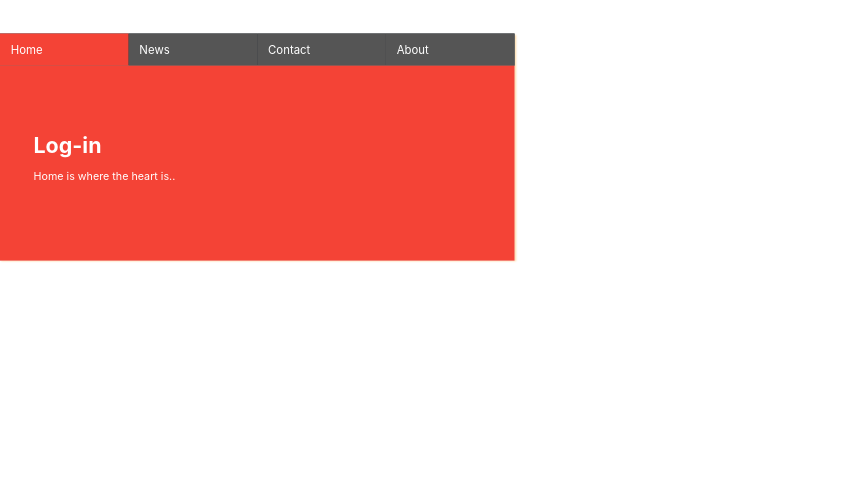
Repository: JasonMorta/basicPlus-rouets
Page: /
The author's editor kept a copy of each file at every save. The page is drawn from the files as they stood at one save, then again after the next save.
The browser window is 1280 px wide. The pictures show the whole page, at 67% of full size.
Some web fonts or font styles are not loaded; a fallback is used. The project was rebuilt for these pictures with package versions that can differ from the ones it lists, and the page was loaded fresh each time. Also part of the build but not shown: src/pages/About.jsx, src/pages/Hooks/UseRefHook.jsx, src/pages/Contact.jsx, src/pages/List.jsx.

Above is the page before, as saved 2023-03-31 13:07:20.

### src/index.js
import React from 'react';
import ReactDOM from 'react-dom/client';
import './index.css';
import App from './App';
// import { BrowserRouter } from 'react-router-dom'
import reportWebVitals from './reportWebVitals';

const root = ReactDOM.createRoot(document.getElementById('root'));
root.render(

  <React.StrictMode>
    <App />
  </React.StrictMode>

);

// If you want to start measuring performance in your app, pass a function
// to log results (for example: reportWebVitals(console.log))
// or send to an analytics endpoint. Learn more: https://bit.ly/CRA-vitals
reportWebVitals();

### src/App.jsx

import './App.css';
import { BrowserRouter, Routes, Route } from 'react-router-dom';
import React, { Component, createContext, useState } from 'react'
import Nav from './components/Nav';
import Home from './pages/Home';
import News from './pages/News';
import About from './pages/About';
import Contact from './pages/Contact';
import List from './pages/List';

//create context hook
//This hook allow any nested children to share and alter data with the use of props.
export const StateContext = createContext()

export default function App() {

  const [state, setState] = useState("#f44336");

  return (
    <BrowserRouter>
      <StateContext.Provider value={[state, setState]} className="App">
        <div className="routes">
          <Nav />
          <Routes>
            <Route index path="/" element={<Home />} />
            <Route path="/List" element={<List />} />
            <Route path="/Contact" element={<Contact />} />
            <Route path="/About" element={<About />} />
            <Route path="/news" element={<News />} />
          </Routes>
        </div>
        <div className="orig-link"></div>
      </StateContext.Provider>
    </BrowserRouter>
  );
}

### src/App.css
@import url('https://fonts.googleapis.com/css2?family=Assistant:wght@400;500&family=Barlow:wght@400;500&family=DM+Mono:wght@300;400;500&family=Handlee&family=IBM+Plex+Mono:wght@400;500&family=Inconsolata:wght@400;500&family=Kanit:wght@200;300;400;500&family=Karla:wght@300;400;500&family=Patrick+Hand&family=Raleway:wght@300;400;500&family=Red+Hat+Mono:wght@300;400;500&family=Roboto+Condensed:wght@300;400;700&family=Roboto+Mono:wght@300;400;500&family=Roboto+Slab:wght@300;400;500&family=Roboto:wght@300;400&family=Source+Code+Pro:wght@300;400;500&family=Space+Mono:wght@400;700&family=Titillium+Web:wght@200;300;400;600&family=Ubuntu+Mono:wght@400;700&family=Varela&family=Varela+Round&display=swap');

/*
Custom Fonts
========
font-family: 'Assistant', sans-serif;
font-family: 'Barlow', sans-serif;
font-family: 'DM Mono', monospace;
font-family: 'Handlee', cursive;
font-family: 'IBM Plex Mono', monospace;
font-family: 'Inconsolata', monospace;
font-family: 'Kanit', sans-serif;
font-family: 'Karla', sans-serif;
font-family: 'Patrick Hand', cursive;
font-family: 'Raleway', sans-serif;
font-family: 'Red Hat Mono', monospace;
font-family: 'Roboto', sans-serif;
font-family: 'Roboto Condensed', sans-serif;
font-family: 'Roboto Mono', monospace;
font-family: 'Roboto Slab', serif;
font-family: 'Source Code Pro', monospace;
font-family: 'Space Mono', monospace;
font-family: 'Titillium Web', sans-serif;
font-family: 'Ubuntu Mono', monospace;
font-family: 'Varela', sans-serif;
font-family: 'Varela Round', sans-serif;

*/

.App {
  text-align: center;
  background-color: #282c34;
  min-height: 100vh;
  display: flex;
  flex-direction: column;
  flex-wrap: nowrap;
  align-items: center;
  font-family: 'Roboto Condensed', sans-serif;

}

.orig-link a {
  text-decoration: none;
  color: #ff9800;
}
.orig-link {
  margin: 1.25rem;
}


.App-header {
  background-color: #282c34;
  min-width: 18.75rem;
  display: flex;

  flex-direction: row;
  justify-content: center;
  font-size: calc(0.625rem + 2vmin);
  color: white;
  align-items: flex-start;
  width: 100%;
}


/* Style tab links */
.tablink {
  background-color: #555;
  color: #ffc107;
  float: left;
  border: none;
  outline: none;
  cursor: pointer;
  padding: 0.875rem 1rem;
  font-size: 1.0625rem;
  width: 25%;
  text-decoration: none;
}

.tablink:hover {
  background-color: #777;
}

/* Style the tab content (and add height:100% for full page content) */
.tabcontent {
  color: white;
  padding: 6.25rem 0rem;
  width: 100%;
  height: 100%;
  min-width: 18.75rem;

}

.inner-content {
  padding: 0rem 3.125rem;
  display: flex;

  flex-direction: column;
  align-items: flex-start;
}

.inner-content h3{
  font-size: xx-large;
  margin: 0;
}

.routes{
  display: flex;
  flex-direction: column;
  align-items: center;
  width: 60vw;
  background-color: azure;
  margin-top: 3.125rem;
  box-shadow: 0.125rem 0.125rem 0.1875rem 0rem #ff980066;
}

### src/components/Nav.jsx
import React from "react";
import { Link, useLocation } from "react-router-dom";

export default function Nav() {
  const location = useLocation();


   //set the default state color to red which is equal to home page color.
  const [state, setState] = React.useState({
    home: "#f44336",
    news: "#4caf50",
    contact: "#2196f3",
    about: "#ff5722",
    active: "",
    location : window.location.pathname
  });
  const [color, setColor] = React.useState("white")


  function handleNavToNews(params) {


    setState(prev => ({...prev, active:"#4caf50", location: "/News" }))
  console.log('location.pathname ', location.pathname  === "/News")
  console.log('location', location)

if (location.pathname  === "/News") {
  window.scrollTo({
    top: document.getElementById("my-image").offsetTop,
    behavior: "smooth"
  });
}
  }

 // Set the tab color to even when a nested link pathname is entered
  return (
    <header className="App-header">
      {/* Home will be the default/home page */}
      <Link
        to="/"
        className="tablink"
        onClick={() => setState(prev => ({...prev, active:"#f44336", location: "/" }))}
        style={{
          backgroundColor: state.location === "/" ? "#f44336" : "",
          color: state.home === "#f44336" ? color: "#ffc107"}}>
        Home
      </Link>

      <Link
        to="/News"
        className="tablink"
        onClick={handleNavToNews}
        style={{
          backgroundColor: state.location === "/News" ? "#4caf50" : "",
          color: state.news === "#4caf50" ? color: "#ffc107" }}>
        News
      </Link>

      <Link
        to="/Contact"
        className="tablink"
        onClick={() => setState(prev => ({...prev, active:"#2196f3", location: "/Contact" }))}
        style={{
          backgroundColor: state.location === "/Contact" ? "#2196f3" : "",
          color: state.contact === "#2196f3" ? color: "#ffc107" }}>
        Contact
      </Link>

      <Link
        to="/About"
        className="tablink"
        onClick={() => setState(prev => ({...prev, active:"#ff5722", location: "/About" }))}
        style={{
          backgroundColor: state.location === "/About" ? "#ff5722": "",
          color: state.about === "#ff5722" ? color: "#ffc107" }}>
        About
      </Link>
    </header>
  );
}

### src/pages/Home.jsx
import React from "react";

export default function Home() {
  return (
    <div style={{ backgroundColor: "#f44336" }}  className="tabcontent">
      <div className="inner-content">
         <h3>Log-in</h3>
         <p>Home is where the heart is..</p>
      </div>
    </div>
  );
}

### src/pages/News.jsx
import React from "react";
import './news.css';
import pic from "../static/images/up.png"
import { useRef } from "react";

export default function News() {

  const scrollDown = useRef();

  console.log(scrollDown)

  const goToTop = () => {
    window.scrollTo({
        top: 0,
        behavior: 'smooth',
    });
};

function toBottom(){
  window.scrollTo({
    top: scrollDown.current.offsetTop,//offsetTop:2199px down(the location)
    behavior: 'smooth',
  });
}

  return (
    <div style={{ backgroundColor: "#4caf50" }} className="tabcontent">
      <div className="inner-content">

        <h3>NEWS</h3>

        <p>Some news this fine day!</p>

        <h3 onClick={toBottom} style={{cursor: "pointer"}}>Scroll to bottom h3</h3>

        <div className="spacer">
          <h3 className="bottom" ref={scrollDown} >BOTTOM H3</h3>
          <img src={pic} onClick={goToTop} alt="to top button" id="my-image" style={{cursor: "pointer"}} />
        </div>

      </div>
    </div>
  );
}

### src/pages/news.css
.spacer{
 margin-top: 200vh;
}

Loaded but not shown: public/index.html (common file); src/index.css (common file); src/reportWebVitals.js (common file)

After the next save:
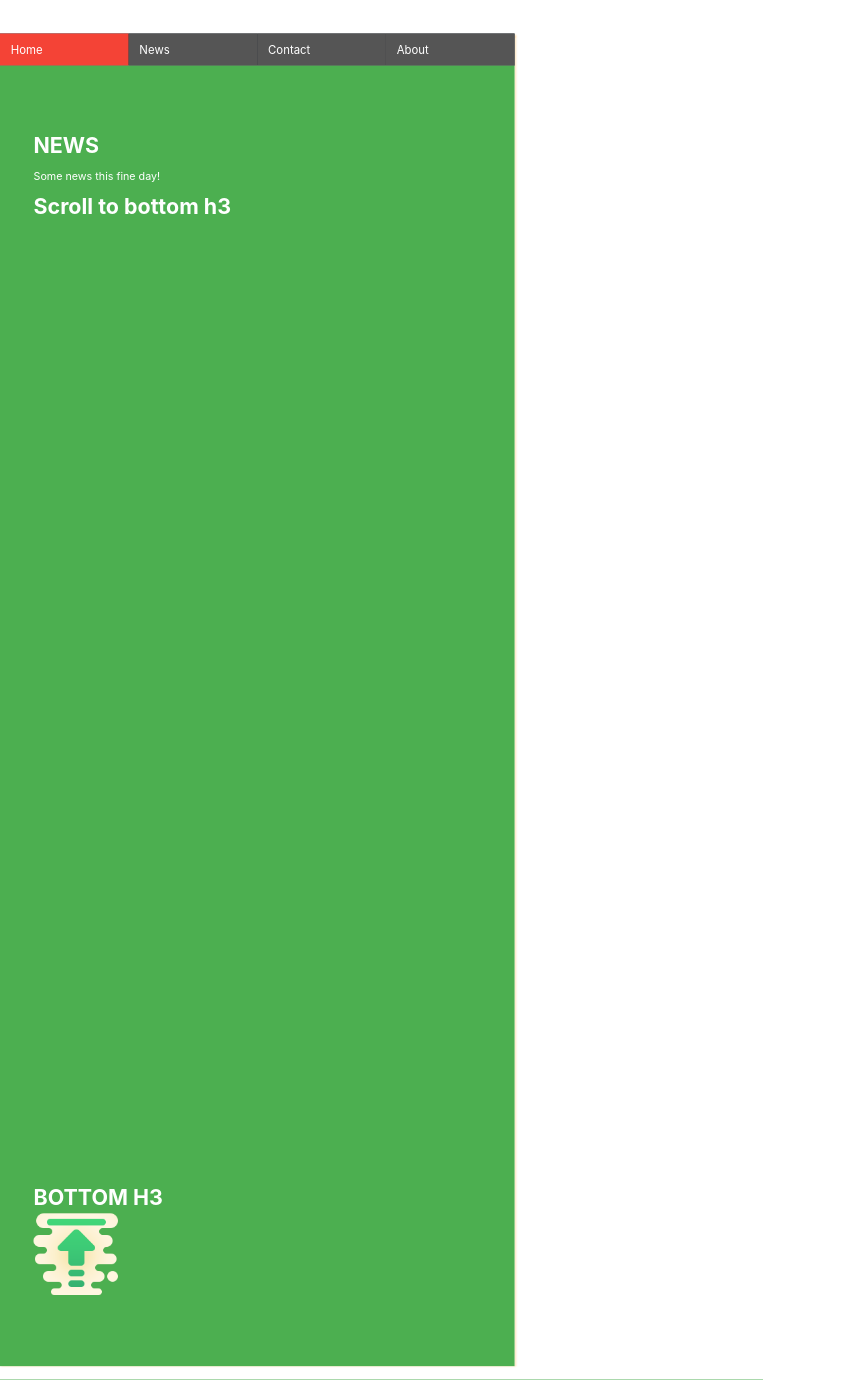
Saved 49 s later.
--- a/src/components/Nav.jsx
+++ b/src/components/Nav.jsx
@@ -4,7 +4,7 @@
 export default function Nav() {
   const location = useLocation();
 
-
+  location.pathname = "/News"
    //set the default state color to red which is equal to home page color.
   const [state, setState] = React.useState({
     home: "#f44336",

After the save that followed:
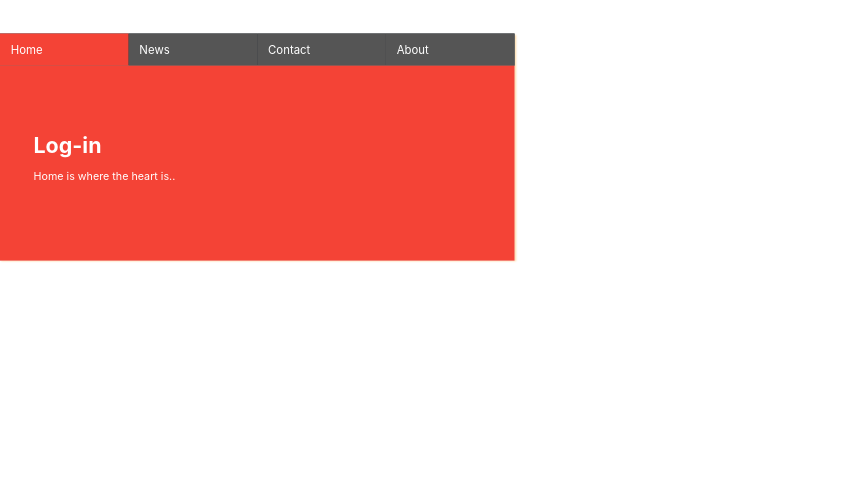
Saved 68 s later.
--- a/src/components/Nav.jsx
+++ b/src/components/Nav.jsx
@@ -4,7 +4,7 @@
 export default function Nav() {
   const location = useLocation();
 
-  location.pathname = "/News"
+
    //set the default state color to red which is equal to home page color.
   const [state, setState] = React.useState({
     home: "#f44336",
@@ -19,8 +19,9 @@
 
   function handleNavToNews(params) {
 
+    location.pathname = "/News"
 
-    setState(prev => ({...prev, active:"#4caf50", location: "/News" }))
+  setState(prev => ({...prev, active:"#4caf50", location: "/News" }))
   console.log('location.pathname ', location.pathname  === "/News")
   console.log('location', location)
 
